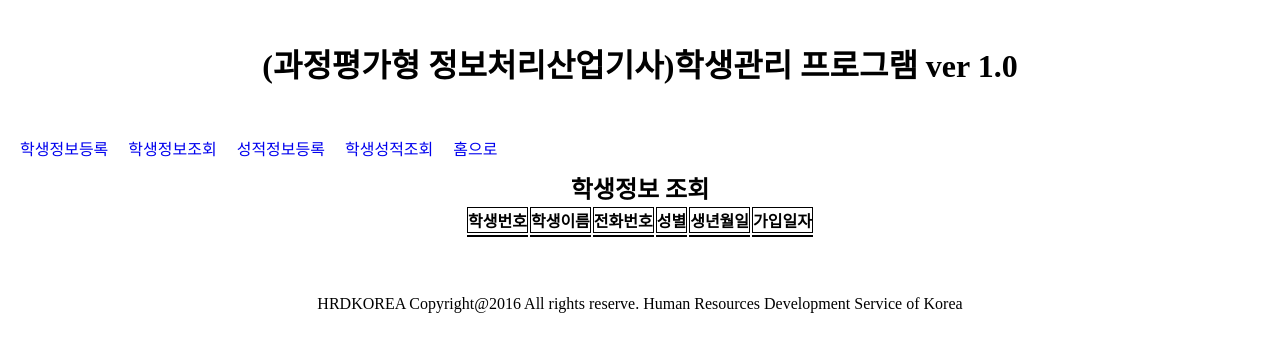
Repository: SeolhwaPark/JSL40_HRDKOREA
Page: http://localhost/HRD_0428_02/list.jsp
These files come from the project's save history. The page is drawn as it stood at one moment and after the next save; the edit follows.
The browser window is 1280 px wide. The pictures show the whole page.
The page is served by Tomcat 9. Queries for data that is not in the repository find no rows.

Above is the page before, as saved 2020-04-28 13:30:09.

After the next save:
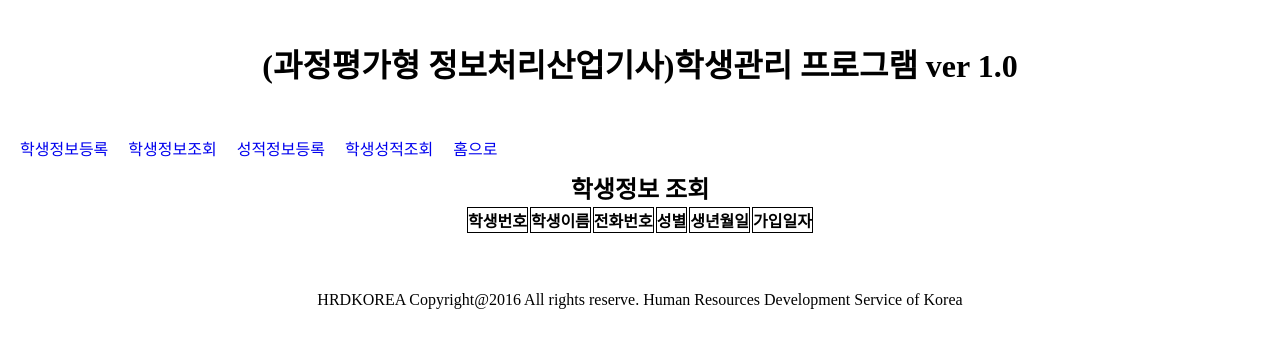
Saved 44 s later.
--- a/HRD_0428_02/WebContent/list.jsp
+++ b/HRD_0428_02/WebContent/list.jsp
@@ -63,6 +63,9 @@ a{padding:20px 0;text-decoration:none; }
 						<th>생년월일</th>
 						<th>가입일자</th>
 					</tr>
+				<%
+					for(int x=0;x<list.size();x++){
+				%>
 					<tr>
 						<td></td>
 						<td></td>
@@ -71,6 +74,9 @@ a{padding:20px 0;text-decoration:none; }
 						<td></td>
 						<td></td>
 					</tr>
+				<%
+					}
+				%>
 				</table>
 			<br><br>
 		</div>
